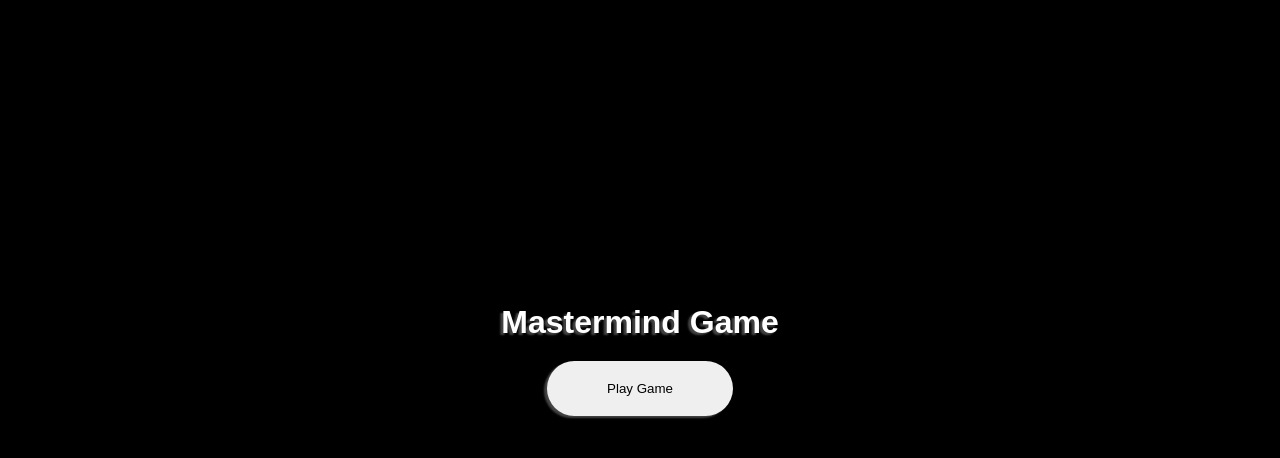
Repository: programmer686/Mastermind-with-Next.js
Page: /
These files come from the project's save history. The page is drawn as it stood at one moment and after the next save; the edit follows.
The browser window is 1280 px wide. The pictures show the whole page.
The project was rebuilt for these pictures with package versions that can differ from the ones it lists, and the page was loaded fresh each time. The framework's server and built-in components were replaced by stand-ins that run in the browser. Also part of the build but not shown: next.config.js, src/styles/GameBoard.module.css, src/styles/PastPlay.module.css, src/comps/PastPlay.js, src/styles/GamePlay.module.css, src/comps/GamePlay.js, src/comps/GameBoard.js.

Above is the page before, as saved 2023-07-15 19:43:11.

After the next save:
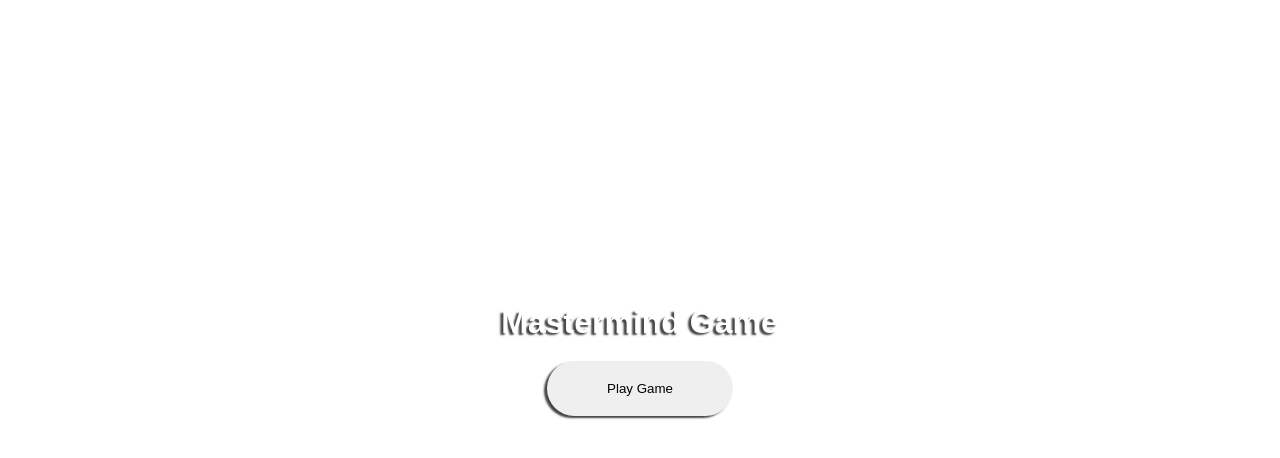
Saved 46 s later.
--- a/src/styles/Home.module.css
+++ b/src/styles/Home.module.css
@@ -6,5 +6,5 @@
   box-sizing: border-box;
   width: 100vw;
   height: 100vh;
-  background-color: black;
+  background-color: white;
 }

After the save that followed:
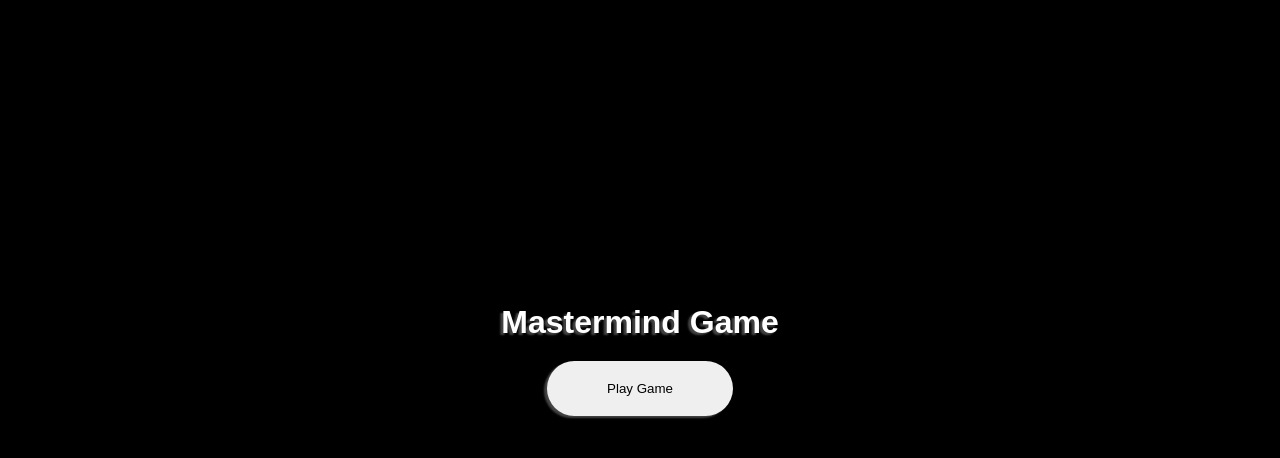
Saved 3 min 40 s later.
--- a/src/styles/Home.module.css
+++ b/src/styles/Home.module.css
@@ -6,5 +6,5 @@
   box-sizing: border-box;
   width: 100vw;
   height: 100vh;
-  background-color: white;
+  background-color: black;
 }
